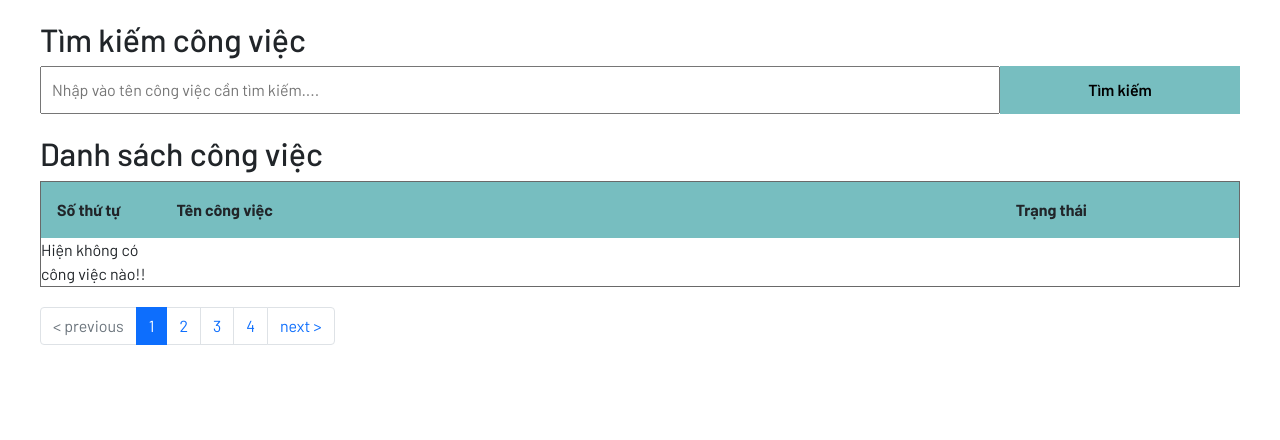
Repository: OkazakiTruong/searchReact
Page: /
An editor plug-in stored every save of this project. The page is shown before and after the next save, followed by the edit.
The browser window is 1280 px wide. The pictures show the whole page.
The page's requests for data from a server got no answer. The project was rebuilt for these pictures with package versions that can differ from the ones it lists, and the page was loaded fresh each time. No one was signed in, and anything a server would have sent is missing. Also part of the build but not shown: vite.config.js.

Above is the page before, as saved 2024-01-11 18:48:38.

### src/App.jsx
import React from "react";
import { SearchAppContainer } from "./SearchApp/SearchAppContainer";
import { Pagination } from "./SearchApp/Pagination/Pagination";

export const App = () => {
  return (
    <div className="app">
      <SearchAppContainer />
      <Pagination />
    </div>
  );
};

### src/index.css
@import "https://cdn.jsdelivr.net/npm/bootstrap@5.1.3/dist/css/bootstrap.min.css";
@import url("https://fonts.googleapis.com");
@import url("https://fonts.gstatic.com");
@import url("https://fonts.googleapis.com/css2?family=Barlow:ital,wght@0,100;0,200;0,300;0,400;0,500;0,600;0,700;0,800;0,900;1,100;1,200;1,300;1,400;1,500;1,600;1,700;1,800;1,900&display=swap");

* {
  padding: 0;
  margin: 0;
  box-sizing: border-box;
}

body {
  font-family: "Barlow", sans-serif;
}

.app {
  max-width: 1250px;
  padding: 0 25px;
  margin: 0 auto;
}

### src/SearchApp/SearchAppContainer.jsx
import React, { useCallback, useEffect, useState } from "react";
import { ListTodo } from "./Todo/ListTodo";
import { Search } from "./Search/Search";

export const SearchAppContainer = () => {
  const [todos, setTodos] = useState(null);
  useEffect(() => {
    //fetch api
    fetch("https://jsonplaceholder.typicode.com/todos?_page=1", {
      method: "GET",
      headers: {
        "Content-type": "application/json",
      },
    })
      .then((response) => {
        console.log(response);
        return response.json();
      })
      .then((data) => {
        console.log(data);
        setTodos(data);
      });
  }, []);
  return (
    <div>
      <Search />
      <ListTodo todos={todos} />
    </div>
  );
};

### src/SearchApp/Pagination/Pagination.jsx
import React from "react";
import ReactPaginate from "react-paginate";
import "./pagination.css";

export const Pagination = () => {
  const handlePageClick = () => {};

  return (
    <div className="pagination-container">
      <ReactPaginate
        nextLabel="next >"
        onPageChange={handlePageClick}
        pageRangeDisplayed={3}
        marginPagesDisplayed={2}
        pageCount={4}
        previousLabel="< previous"
        pageClassName="page-item"
        pageLinkClassName="page-link"
        previousClassName="page-item"
        previousLinkClassName="page-link"
        nextClassName="page-item"
        nextLinkClassName="page-link"
        breakLabel="..."
        breakClassName="page-item"
        breakLinkClassName="page-link"
        containerClassName="pagination"
        activeClassName="active"
        renderOnZeroPageCount={null}
      />
    </div>
  );
};

### src/SearchApp/Todo/ListTodo.jsx
import React from "react";
import "./listTodo.css";

export const ListTodo = ({ todos }) => {
  return (
    <>
      <h2>Danh sách công việc</h2>
      <table>
        <tbody>
          <tr>
            <th className="numerical-order">Số thứ tự</th>
            <th className="todo-name">Tên công việc</th>
            <th className="status">Trạng thái</th>
          </tr>
          {!todos
            ? "Hiện không có công việc nào!!"
            : todos.map((todo, index) => (
                <tr key={todo.id}>
                  <td>{++index}</td>
                  <td>{todo.title}</td>
                  <td>
                    {todo.completed ? "Đã hoàn thành" : "Chưa hoàn thành"}
                  </td>
                </tr>
              ))}
        </tbody>
      </table>
    </>
  );
};

### src/SearchApp/Search/Search.jsx
import React from "react";
import "./Search.css";

export const Search = () => {
  return (
    <div className="search-container">
      <h2>Tìm kiếm công việc</h2>
      <form action="#">
        <div className="search-bar">
          <input
            type="text"
            placeholder="Nhập vào tên công việc cần tìm kiếm...."
          />
          <button>Tìm kiếm</button>
        </div>
      </form>
    </div>
  );
};

### src/SearchApp/Pagination/pagination.css
.pagination-container {
  margin: 20px 0 !important;
}

### src/SearchApp/Todo/listTodo.css
table {
  width: 100%;
}
table,
th,
td {
  border: 1px solid #696969;
  border-collapse: collapse;
}
th,
td {
  padding: 16px;
}
th {
  background-color: #77bec0;
}
th.todo-name {
  width: 70%;
}
th.numeric-order {
  width: 10%;
}
th.status {
  width: 20%;
}

h2 {
  margin-bottom: 20px;
}

### src/SearchApp/Search/Search.css
.search-container {
  margin: 20px 0;
}
.search-bar {
  display: flex;
  width: 100%;
}
input {
  width: 80%;
  padding: 10px;
}
button {
  width: 20%;
  cursor: pointer;
  background-color: #77bec0;
  border: #77bec0;
  font-weight: 600;
  font-size: 16px;
}

Loaded but not shown: index.html (common file); src/main.jsx (common file)

After the next save:
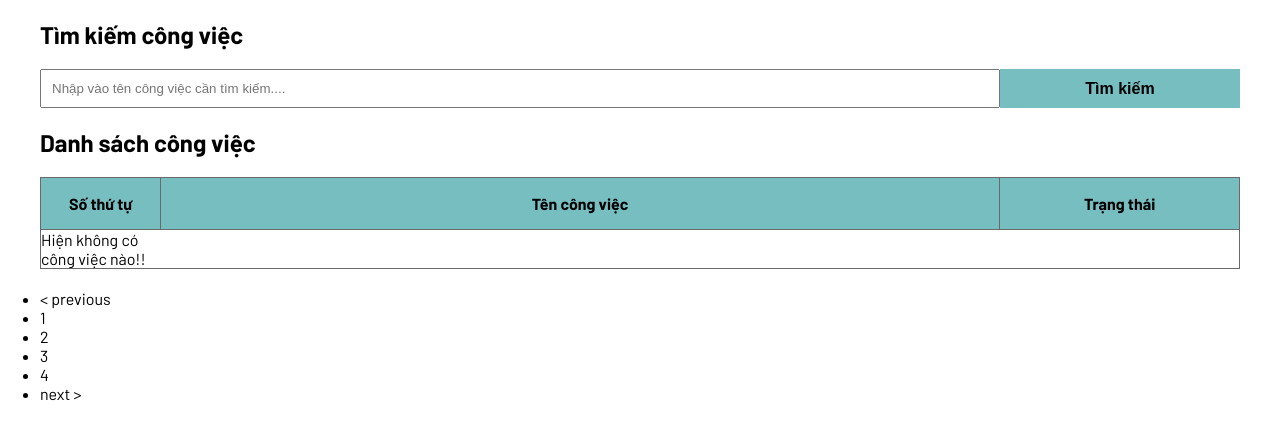
Saved 7 s later.
--- a/src/index.css
+++ b/src/index.css
@@ -1,4 +1,3 @@
-@import "https://cdn.jsdelivr.net/npm/bootstrap@5.1.3/dist/css/bootstrap.min.css";
 @import url("https://fonts.googleapis.com");
 @import url("https://fonts.gstatic.com");
 @import url("https://fonts.googleapis.com/css2?family=Barlow:ital,wght@0,100;0,200;0,300;0,400;0,500;0,600;0,700;0,800;0,900;1,100;1,200;1,300;1,400;1,500;1,600;1,700;1,800;1,900&display=swap");

After the save that followed:
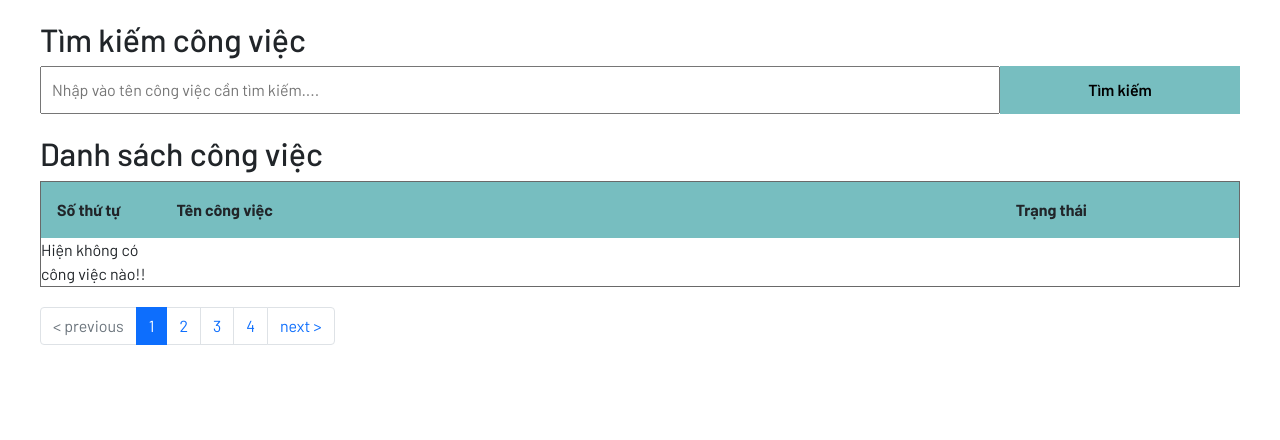
Saved 7 s later.
--- a/src/index.css
+++ b/src/index.css
@@ -1,3 +1,4 @@
+@import "https://cdn.jsdelivr.net/npm/bootstrap@5.1.3/dist/css/bootstrap.min.css";
 @import url("https://fonts.googleapis.com");
 @import url("https://fonts.gstatic.com");
 @import url("https://fonts.googleapis.com/css2?family=Barlow:ital,wght@0,100;0,200;0,300;0,400;0,500;0,600;0,700;0,800;0,900;1,100;1,200;1,300;1,400;1,500;1,600;1,700;1,800;1,900&display=swap");
